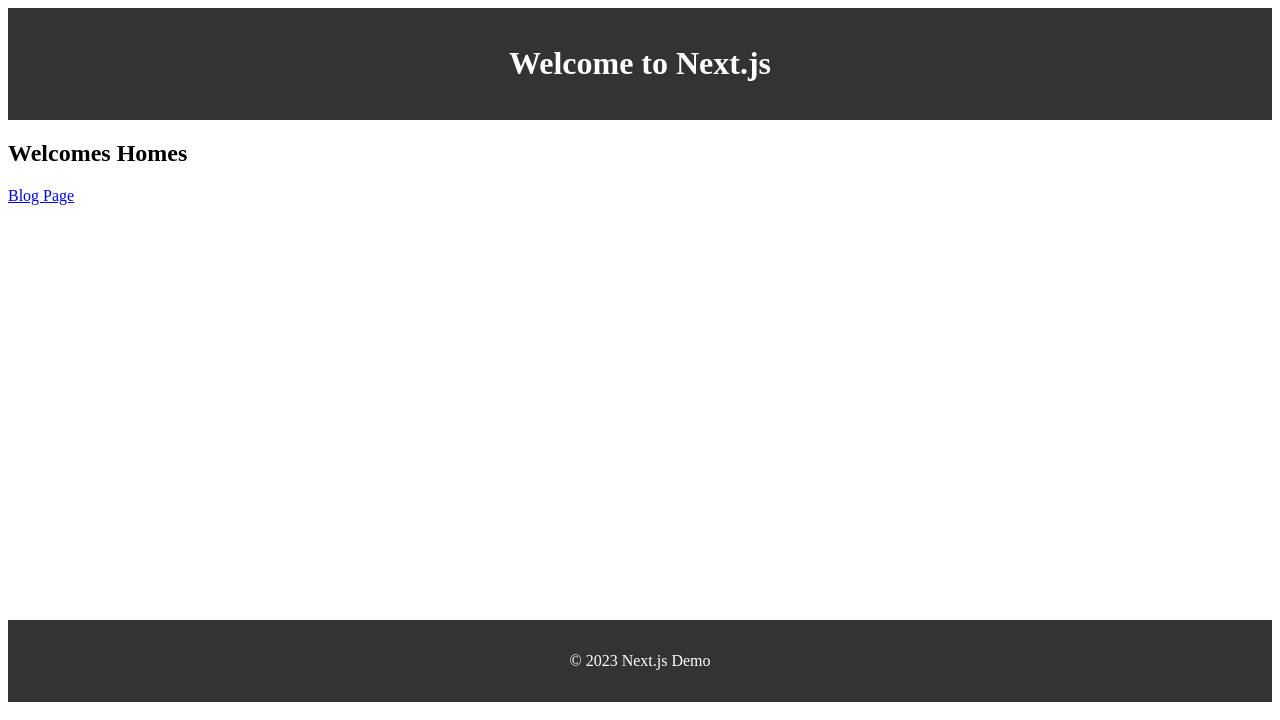
Repository: JasonMorta/NextJs-13_Basics
Page: / (app in NEXTJS15/next13-demo/)
An editor plug-in stored every save of this project. The page is shown before and after the next save, followed by the edit.
The browser window is 1280 px wide. The pictures show the whole page.
The project was rebuilt for these pictures with package versions that can differ from the ones it lists, and the page was loaded fresh each time. The framework's server and built-in components were replaced by stand-ins that run in the browser. Also part of the build but not shown: NEXTJS15/next13-demo/next.config.ts.

Above is the page before, as saved 2025-02-28 13:41:04.

### NEXTJS15/next13-demo/src/app/layout.tsx
export const metadata = {
  title: "Next.js",
  description: "Generated by Next.js",
};

export default function AuthLayout({children,}: {children: React.ReactNode}) {
  return (
    <html lang="en">
      <body>
        <header style={{ backgroundColor: '#333', color: '#fff', padding: '1rem', textAlign: 'center' }}>
          <h1>Welcome to Next.js</h1>
        </header>

        <main style={{
          minHeight: 'calc(80vh - 6rem)',
        }}>{children}</main>

        <footer style={{ backgroundColor: '#333', color: '#fff', padding: '1rem', textAlign: 'center', marginTop: 'auto' }}>
          <p>&copy; 2023 Next.js Demo</p>
        </footer>
      </body>
    </html>
  );
}

### NEXTJS15/next13-demo/src/app/page.tsx
import Link from 'next/link'
import React from 'react'

export default function page() {
  return (
    <section>
      <h1>Welcomes Homes</h1>
      <Link href="/blog">Blog Page</Link>
    </section>
  )
}

After the next save:
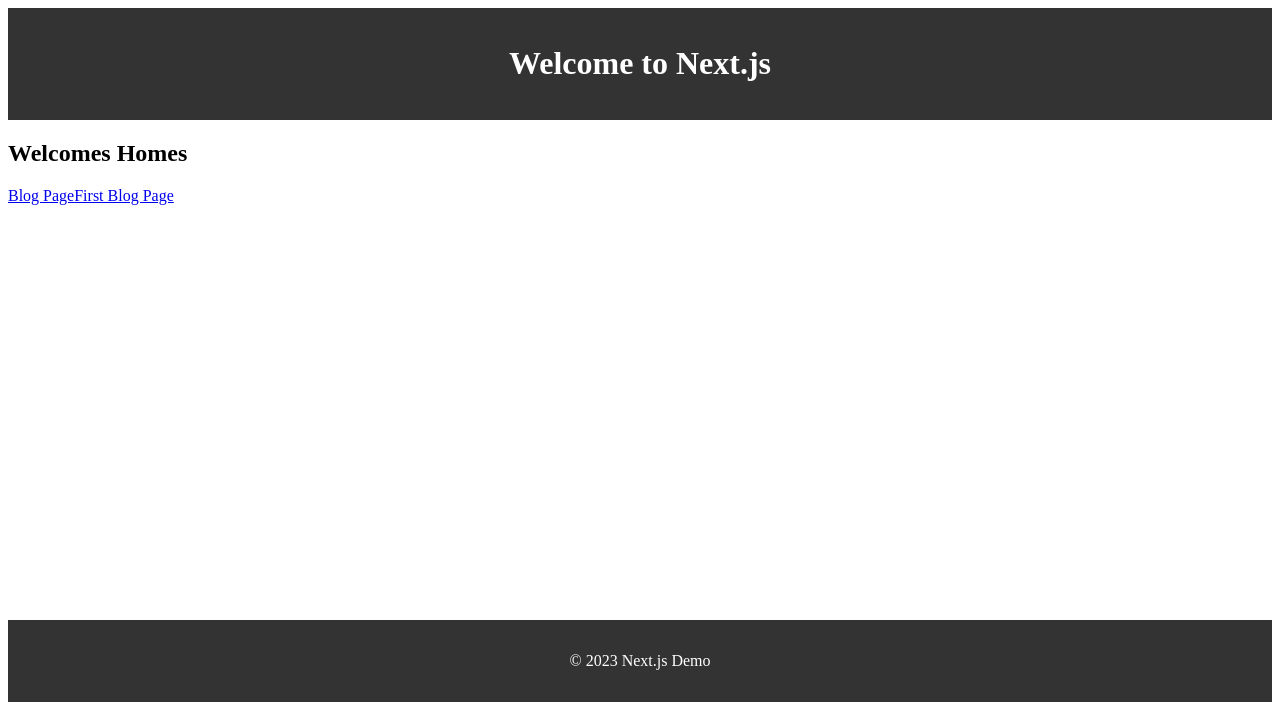
Saved 26 s later.
--- a/NEXTJS15/next13-demo/src/app/page.tsx
+++ b/NEXTJS15/next13-demo/src/app/page.tsx
@@ -6,6 +6,7 @@
     <section>
       <h1>Welcomes Homes</h1>
       <Link href="/blog">Blog Page</Link>
+      <Link href="/products">First Blog Page</Link>
     </section>
   )
 }
